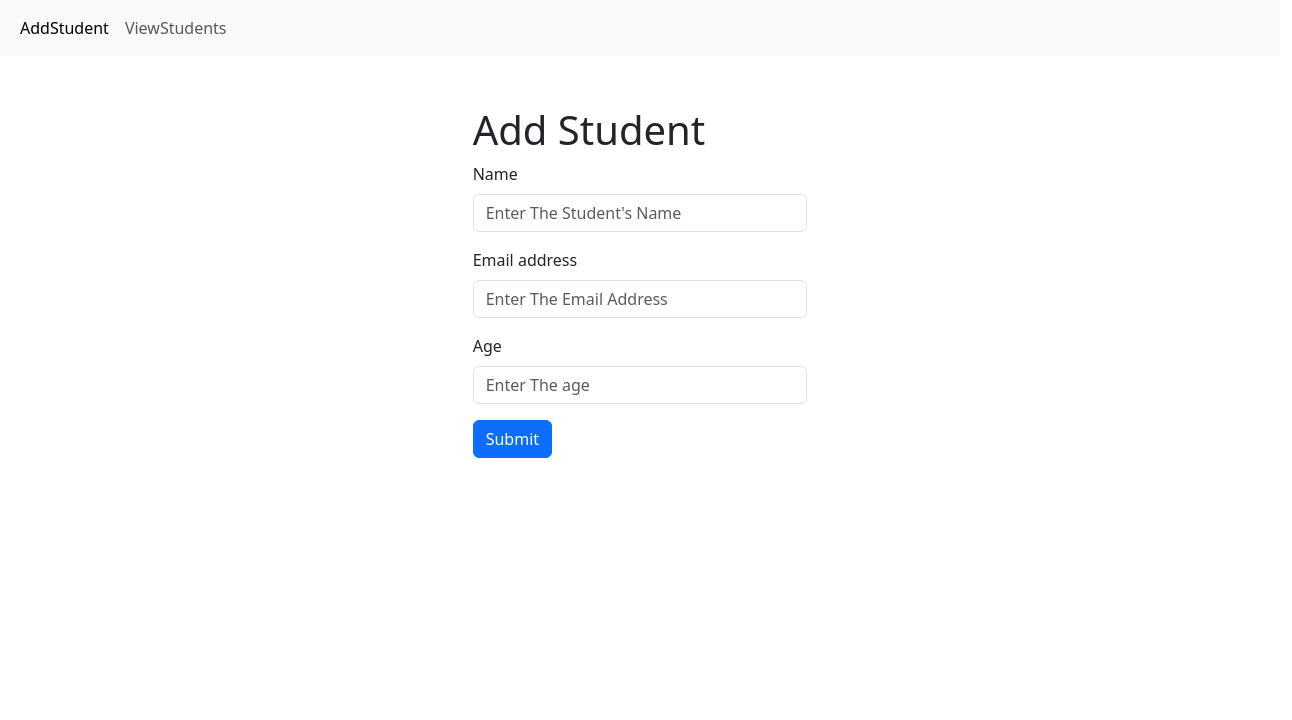
Repository: Manojs14/StudentManagementSystem
Page: http://localhost/Crud_form/
An editor plug-in stored every save of this project. The page is shown before and after the next save, followed by the edit.
The browser window is 1280 px wide. The page is 1292 px wide, so the pictures cover 1292 px, including what lies to the right of the window. The pictures show the whole page.
The page is served by Tomcat 9. Nobody is signed in. The application's start-up code is not run.

Above is the page before, as saved 2024-07-11 08:47:00.
Not found: Crud_form/Crud_form/img_tree.gif
Not found: Crud_form/Crud_form/paper.gif

After the next save:
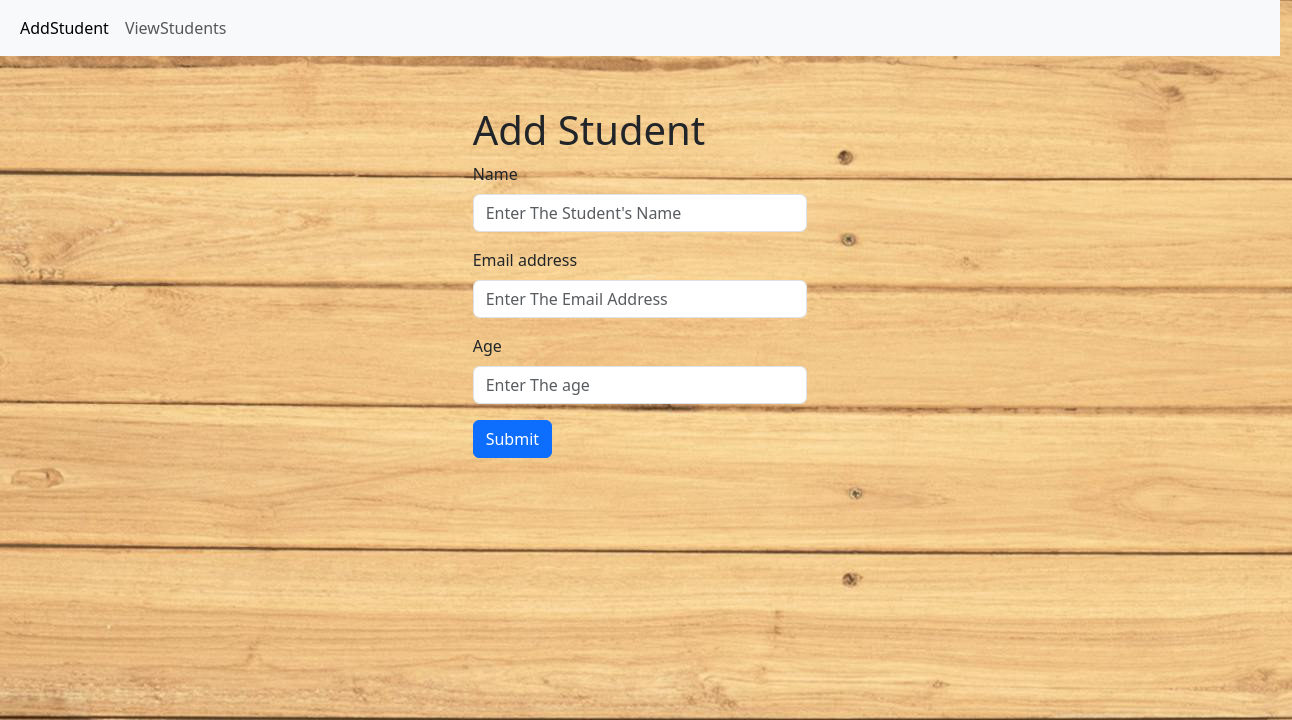
Saved 17 s later.
--- a/Crud_form/src/main/webapp/index.jsp
+++ b/Crud_form/src/main/webapp/index.jsp
@@ -9,8 +9,8 @@
 </head>
 <style>
 body{
-backgroung-img:url("image/pexels-fwstudio-33348-129731.jpg");
-background-image: url("img_tree.gif"), url("paper.gif");
+backgroung-img:url();
+background-image: url("image/pexels-fwstudio-33348-129731.jpg"), url("paper.gif");
 }
 
 </style>
